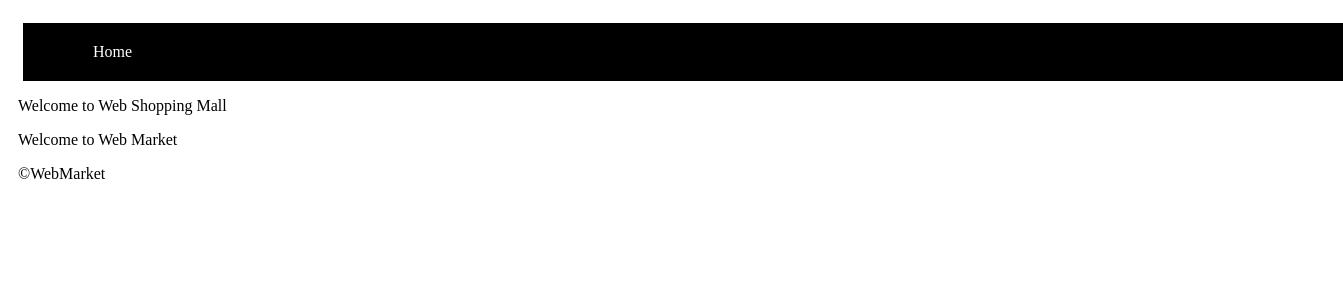
Repository: JuHyeon-S/21-1-Web-Back-end_Programming
Page: http://localhost/week07_20185135/work05_20185135.jsp
An editor plug-in stored every save of this project. The page is shown before and after the next save, followed by the edit.
The browser window is 1280 px wide. The page is 1343 px wide, so the pictures cover 1343 px, including what lies to the right of the window. The pictures show the whole page.
The page is served by Tomcat 9.

Above is the page before, as saved 2021-04-15 03:08:35.

After the next save:
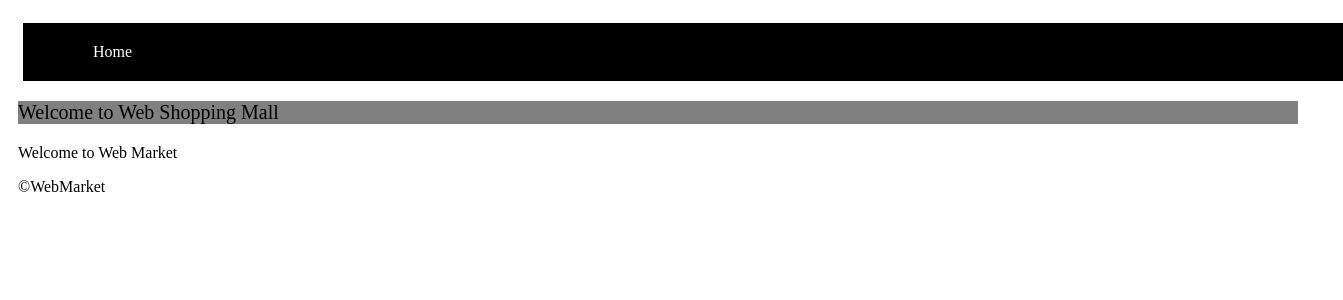
Saved 70 s later.
--- a/week07/week07_20185135/src/main/webapp/work05_20185135_css.css
+++ b/week07/week07_20185135/src/main/webapp/work05_20185135_css.css
@@ -14,14 +14,15 @@ body {
 }
 
 .title_a{
-	width: 100%;
-	heigth: 100px;
 	margin-left: 50px;
 	background-color: black;
 	color: white;
 	text-decoration: none;
 }
 
-.div1{
-	inl
+.p1{
+	width: 100%;
+	heigth: 300px;
+	background-color: gray;
+	font-size: 20px;
 }
